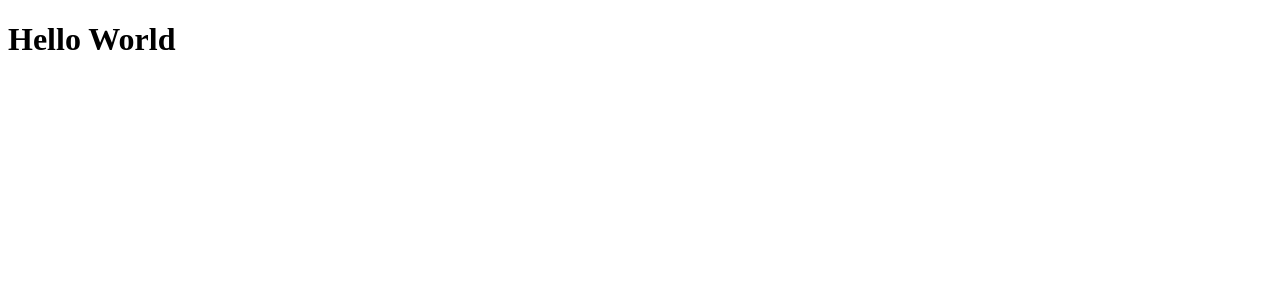
Repository: Dayday05/partiel1-david
Page: partiel1-david/src/main/webapp/index.html
The author's editor kept a copy of each file at every save. The page is drawn from the files as they stood at one save, then again after the next save.
The browser window is 1280 px wide. The pictures show the whole page.
Some web libraries are served in a nearby version.

Above is the page before, as saved 2018-11-23 10:09:23.

After the next save:
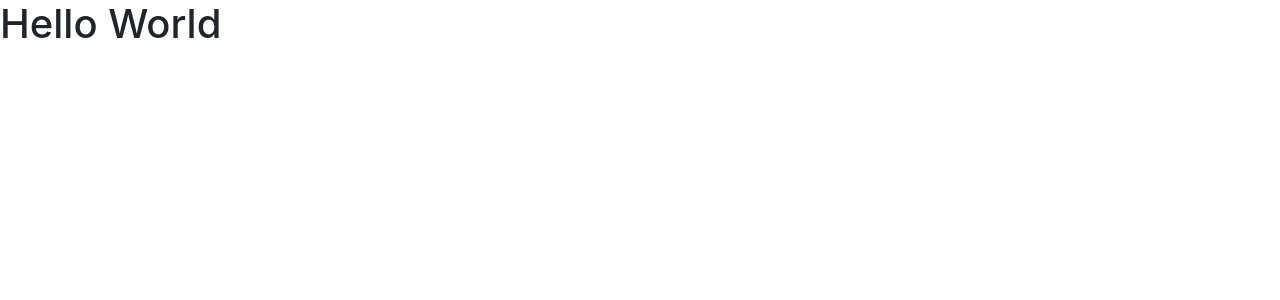
Saved 6 s later.
--- a/partiel1-david/src/main/webapp/index.html
+++ b/partiel1-david/src/main/webapp/index.html
@@ -4,7 +4,6 @@
     <meta charset="utf-8" />
     <title>ItSchool-Partiel1</title>
 	<meta name="viewport" content="width=device-width, initial-scale=1" />
-	<link rel="stylesheet" href
     <link rel="stylesheet" href="https://stackpath.bootstrapcdn.com/bootstrap/4.1.3/css/bootstrap.min.css" integrity="sha384-MCw98/SFnGE8fJT3GXwEOngsV7Zt27NXFoaoApmYm81iuXoPkFOJwJ8ERdknLPMO" crossorigin="anonymous"/>
     <link rel="stylesheet" href="https://ajax.googleapis.com/ajax/libs/jqueryui/1.12.1/themes/smoothness/jquery-ui.css"/>
   </head>
